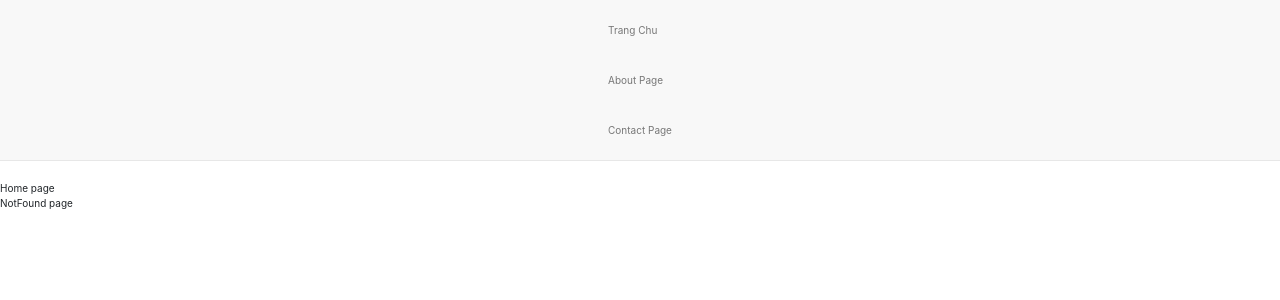
Repository: hntvip/react-route
Page: /products
These files come from the project's save history. The page is drawn as it stood at one moment and after the next save; the edit follows.
The browser window is 1280 px wide. The pictures show the whole page.
The project was rebuilt for these pictures with package versions that can differ from the ones it lists, and the page was loaded fresh each time. Also part of the build but not shown: src/components/About.js, src/components/Contact.js.

Above is the page before, as saved 2019-11-28 11:26:57.

### public/index.html
<!DOCTYPE html>
<html lang="en">
  <head>
    <meta charset="utf-8" />
    <link rel="icon" href="%PUBLIC_URL%/favicon.ico" />
    <meta name="viewport" content="width=device-width, initial-scale=1" />
    <meta name="theme-color" content="#000000" />
    <meta
      name="description"
      content="Web site created using create-react-app"
    />
    <link rel="apple-touch-icon" href="logo192.png" />
    <!--
      manifest.json provides metadata used when your web app is installed on a
      user's mobile device or desktop. See https://developers.google.com/web/fundamentals/web-app-manifest/
    -->
    <link rel="manifest" href="%PUBLIC_URL%/manifest.json" />
    <!--
      Notice the use of %PUBLIC_URL% in the tags above.
      It will be replaced with the URL of the `public` folder during the build.
      Only files inside the `public` folder can be referenced from the HTML.

      Unlike "/favicon.ico" or "favicon.ico", "%PUBLIC_URL%/favicon.ico" will
      work correctly both with client-side routing and a non-root public URL.
      Learn how to configure a non-root public URL by running `npm run build`.
    -->
    <title>React App</title>

    <!-- Latest compiled and minified CSS & JS -->
    <link rel="stylesheet" media="screen" href="//netdna.bootstrapcdn.com/bootstrap/3.3.4/css/bootstrap.min.css">
    <script src="//code.jquery.com/jquery.js"></script>
    <script src="//netdna.bootstrapcdn.com/bootstrap/3.3.4/js/bootstrap.min.js"></script>

  </head>
  <body>
    <noscript>You need to enable JavaScript to run this app.</noscript>
    <div id="root"></div>
    <!--
      This HTML file is a template.
      If you open it directly in the browser, you will see an empty page.

      You can add webfonts, meta tags, or analytics to this file.
      The build step will place the bundled scripts into the <body> tag.

      To begin the development, run `npm start` or `yarn start`.
      To create a production bundle, use `npm run build` or `yarn build`.
    -->
  </body>
</html>

### src/index.js
import React from 'react';
import ReactDOM from 'react-dom';
import './index.css';
import App from './App';
import * as serviceWorker from './serviceWorker';

import '../node_modules/bootstrap/dist/css/bootstrap.css';

ReactDOM.render(<App />, document.getElementById('root'));

// If you want your app to work offline and load faster, you can change
// unregister() to register() below. Note this comes with some pitfalls.
// Learn more about service workers: https://bit.ly/CRA-PWA
serviceWorker.unregister();

### src/App.js
import React, { Component } from 'react';
import { BrowserRouter as Router, Route, Switch, Link} from 'react-router-dom';
import Menu from './components/Menu';
import routes from'./routes';

class App extends Component {
  render(){
    return (
      <Router>
        <div className="App">
          <Menu/>
          {/* Noi Dung */}
            {this.showContentMenus(routes)}
        </div>
      </Router>
    )
  }
  showContentMenus = (routes) => {
    var result = null;
    if( routes.length > 0){
      result = routes.map( (route, index) => {
        return (
          <Route
            key={index}
            path={route.path}
            onlyExactWhenActive={route.exact}
            component={route.main}
          ></Route>
        )
      })
    }
    return result;

  }
}

export default App;

### src/components/Menu.js
import React, { Component } from 'react';
import { Route, Link} from 'react-router-dom';
import routes from './../routes'
const menus = [
  {
    name: "Trang Chu",
    to:"/",
    exact: true
  },{
    name: "About Page",
    to:"/about",
    exact: false
  },{
    name: "Contact Page",
    to:"/contact",
    exact: false
  }
]
const MenuLink = ({label, to, activeOnlyWhenExact}) => {
  return (
    <Route path={to} exact={activeOnlyWhenExact} children={({match})=>{
      var active = match ? 'active': 'abc'
      return (
        <li className={active}>
          <Link to={to} className="my-link">{label}</Link>
        </li>
      )
    }}>
    </Route>
  )
}

class Menu extends Component{
  render(){
    return(
      <nav className="navbar navbar-default navbar-fixed-top" role="navigation">
        <ul className="nav navbar-nav">
          { this.showMenus(menus)}
        </ul>
      </nav>
    );
  }

  showMenus = (menus) => {
    var result = null;
    if ( menus.length > 0 ){
      result = menus.map((menu, index) => {
        return (
          <MenuLink to={menu.to}
            key={index}
            label={menu.name}
            activeOnlyWhenExact={menu.exact}
          />
        )
      })
    }
    return result;
  }
}

export default Menu;

### src/routes.js
import React from 'react'

import About from './components/About';
import Home from './components/Home';
import Contact from './components/Contact';
import NotFound from './components/NotFound';

const routes = [
  {
    path:'',
    exact: true,
    main: () => <Home/>
  },
  {
    path:'/about',
    exact: false,
    main: () => <About/>
  },
  {
    path:'/contact',
    exact: false,
    main: () => <Contact/>
  },
  {
    title: 'NotFound Page',
    path:'*',
    exact: false,
    main: () => <NotFound/>
  }
]

export default routes;

### src/components/Home.js
import React from 'react';

function Home() {
  return (
    <div>Home page</div>
  );
}

export default Home;

### src/components/NotFound.js
import React from 'react';

function NotFound() {
  return (
    <div>NotFound page</div>
  );
}

export default NotFound;

Loaded but not shown: src/index.css (common file); src/serviceWorker.js (common file)

After the next save:
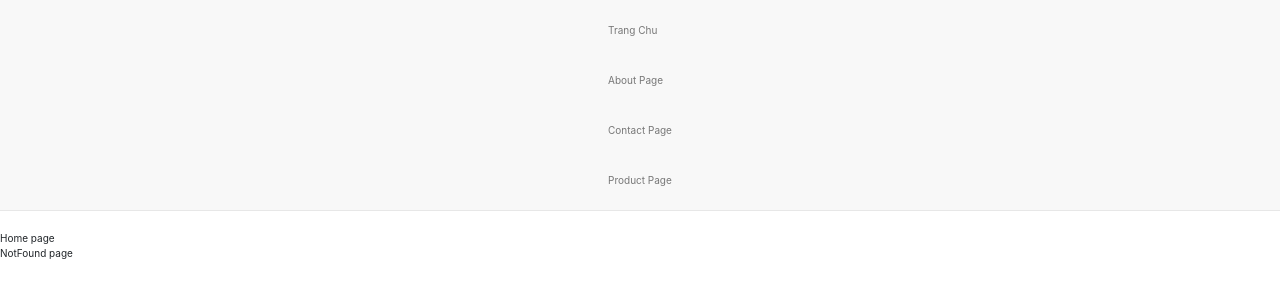
Saved 36 s later.
--- a/src/components/Menu.js
+++ b/src/components/Menu.js
@@ -12,6 +12,10 @@ const menus = [
     exact: false
   },{
     name: "Contact Page",
+    to:"/contact",
+    exact: false
+  },{
+    name: "Product Page",
     to:"/contact",
     exact: false
   }
